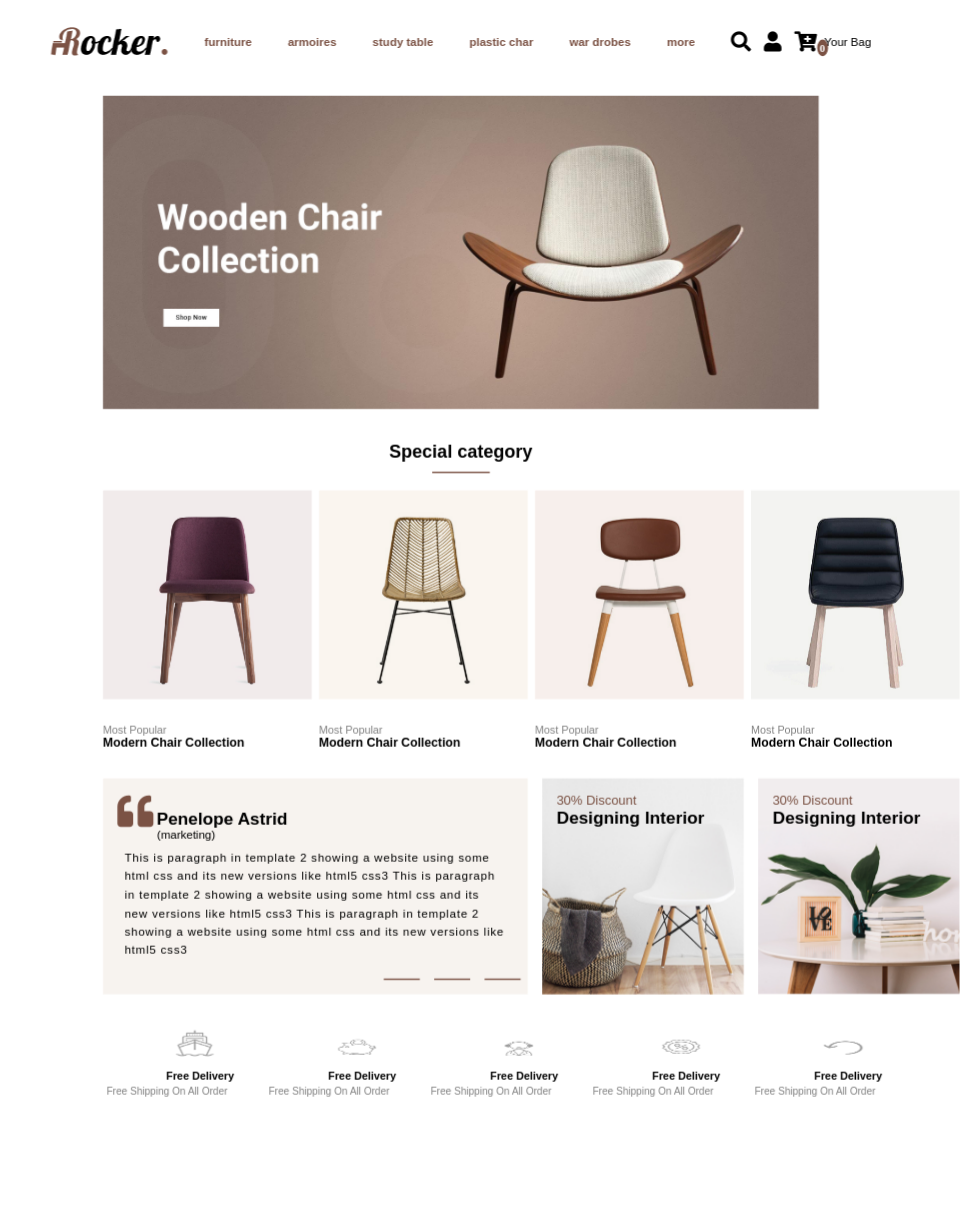
Repository: Ahmed123rezk123/p2-template
Page: index.html
An editor plug-in stored every save of this project. The page is shown before and after a run of saves, followed by the edit.
The browser window is 1280 px wide. The page is 1333 px wide, so the pictures cover 1333 px, including what lies to the right of the window. The pictures show the whole page, at 72% of full size.

Above is the page before, as saved 2024-01-24 22:47:51.

### index.html
<!DOCTYPE html>
<html lang="en">
<head>
   <meta charset="UTF-8">
    <title>Project2</title>
  <link rel="stylesheet" href="css/style.css">
  <link rel="stylesheet" href="css/all.css">
</head>
<body>
    <!-- Header -->
    <header>
        <div class="container">
        <div class="logo">
            <a href="#"><img src="images/logo.png" alt="LOGO"></a>
        </div>
        <nav>
            <ul>
                <li><a href="#" class="active">furniture</a></li>
                <li><a href="#">armoires</a></li>
                <li><a href="#">study table</a></li>
                <li><a href="#">plastic char</a></li>
                <li><a href="#">war drobes</a></li>
                <li><a href="#">more</a></li>
            </ul>
            <div class="icons">
            <i class="fas fa-search"></i>
            <i class="fas fa-user"></i>
            <i class="fas fa-cart-plus i3"></i>
            </div>
        <span>Your Bag</span>
        </nav>
        </div>
    </header>
    <!-- Start Section 1 -->
    <section class="section1">
        <div class="container">
            <img src="images/main-banner-1-1600x700.jpg" alt="">
        </div>
    </section>
    <!-- End Section 1 -->
    <!-- Start Section 2 -->
    <section class="section2">
        <div class="container">
            <div class="div">
            <h2 class="specail">Special category</h2>
            <div class="line"></div>
            </div>
           <div class="parent1">
            <div class="div1">
                <img src="images/category-banner1.jpg" alt="">
                <p>Most Popular</p>
            <h3>Modern Chair Collection</h3>
            </div>
            <div class="div2">
                <img src="images/category-banner2.jpg" alt="">
                <p>Most Popular</p>
                <h3>Modern Chair Collection</h3></div>
            <div class="div3">
                <img src="images/category-banner3.jpg" alt="">
                <p>Most Popular</p>
                <h3>Modern Chair Collection</h3>
            </div>
            <div class="div4">
                <img src="images/category-banner4.jpg" alt="">
                <p>Most Popular</p>
                <h3>Modern Chair Collection</h3>
            </div>
            <div class="div5">
                <i class="fas fa-quote-left comma"></i>
                <h2>Penelope Astrid</h2>
                <span>(marketing)</span>
                <p>This is paragraph in template 2 showing a website using some html css and its new versions like html5 css3 This is paragraph in template 2 showing a website using some html css and its new versions like html5 css3 This is paragraph in template 2 showing a website using some html css and its new versions like html5 css3</p>
                <div class="child"></div>
            </div>
            <div class="div6"></div>
            <div class="div7">
                <p>30% Discount</p>
                <h2>Designing Interior</h2>
            </div>
            <div class="div8">
                <p>30% Discount</p>
                <h2>Designing Interior</h2>
            </div>
            <div class="parent2">
                <div class="div1-1">
                    <img src="images/icon1-1.png" alt="">
                    <div class="content-div1">
                    <h3>Free Delivery</h3>
                    <span>Free Shipping On All Order</span>
                </div>
                </div>
                <div class="div2-1">
                    <img src="images/icon2-1.png" alt="">
                    <div class="content-div2">
                        <h3>Free Delivery</h3>
                        <span>Free Shipping On All Order</span>
                    </div>
                </div>
                <div class="div3-1">
                    <img src="images/icon3-1.png" alt="">
                    <div class="content-div3">
                        <h3>Free Delivery</h3>
                        <span>Free Shipping On All Order</span>
                    </div>
                </div>
                <div class="div4-1">
                    <img src="images/icon4-1.png" alt="">
                    <div class="content-div4">
                        <h3>Free Delivery</h3>
                        <span>Free Shipping On All Order</span>
                    </div>
                </div>
                <div class="div5-1">
                    <img src="images/icon5-1.png" alt="">
                    <div class="content-div5">
                        <h3>Free Delivery</h3>
                        <span>Free Shipping On All Order</span>
                    </div>
                </div>
            </div>
           </div>
        </div>
    </section>
    <!-- End Section 2 -->
</body>
</html>

### css/style.css
/* Start variables */
:root {
    --maincolor: #7b5244;
    --subcolor: #333;
}
/* End variables */
/* Start Global Rules   */
* {
    -webkit-box-sizing: border-box;
    -moz-box-sizing: border-box;
    box-sizing: border-box;
   padding: 0;
   margin: 0;
}
body {
    font-family: Arial, Helvetica, sans-serif;
    perspective: 700px;
    transform-style: preserve-3d;
}
html {
    scroll-behavior: smooth;
}
ul {
    list-style: none;
}
.container {
    width: 80%;
    padding-left: 15px;
    padding-right: 15px;
    margin-left: auto;
    margin-right: auto;
}

/* Small */

@media(min-width: 768px) {
    .container {
       width: 750px;
    }
}

/* Medium */

@media(min-width: 992px) {
    .container {
        width: 970px;
    }
}

/* Large  */

@media(min-width: 1200px) {
    .container {
        width: 1170px;
    }
}
/* End Global Rules   */
/* Start Header */
header .container {
    display: flex;
    justify-content: space-between;
    align-items: center;
    position: relative;
    min-height: 97px;
 }
 header nav {
    flex: 1;
    display: flex;
    align-items: center;
    justify-content: flex-end;
}
 header nav ul {
    display: flex;

}
header nav ul li a {

    display: block;
    color: var(--maincolor);
    text-decoration: none;
    font-size: 16px;
    font-weight: bold;
    padding: 50px 0px;
    margin-right: 50px;
}

/* header nav ul li a:hover::before{
content: "";
position: absolute;
border-left: 2px solid var(--maincolor);
border-right: 2px solid var(--maincolor);
width: 60px;
height: 35px;

}  */
header nav .icons {
    font-weight: bold;
    font-size: 28px;
   word-spacing: 10px;
   margin-right: 10px;
}
header nav .icons .i3::after {
    position: absolute;
    content: "0";
    background-color: #7b5244;
    color: #fff;
    padding: 4px;
    border-radius: 50%;
    font-size: 15px;
    bottom: 40px;
    right: 75px;

}
/* End Header */


/* Start section 1 */
.section1 .container {
    width: 80%;
    position: relative;
    margin-top: 15px;
    margin-bottom: 40px;
    margin-left: auto;
    margin-right: auto;

}
.section1 .container img{
 width: 100%;
}
/* End section 1 */


/* Start Section 2 */
.section2 .container {
    width: 80%;
    position: relative;
}
.section2 .container .div {
    margin: 40px auto;
}
.section2 .container .specail {
    text-align: center;
    font-size: 25px;
}
.section2 .container .line {
 position: relative;
}
.section2 .container .line::before {
    content: "";
    position: absolute;
    width: 8%;
    height: 2px;
    background-color: var(--maincolor);
    top: 50%;
    left: 50%;
    transform: translate(-50%,-50%);
    margin: 15px 0;
    transition: .5s;
}
.section2 .container .div:hover  .line::before {
    content: "";
    position: absolute;
    width: 13%;
    height: 2px;
    background-color: var(--maincolor);
    top: 50%;
    left: 50%;
    transform: translate(-50%,-50%);
    margin: 15px 0;
}
.section2 .container .parent1 {
    width: 80%;
    display: grid;
    grid-template-columns: 200px 200px 200px 200px;
    grid-template-rows: 250px 250px;
   grid-gap: 150px 100px;
}
.section2 .container .parent1 img {
    width: 290px ;
    height: 290px;
    margin-bottom: 30px;
}
.section2 .container .parent1 p {
    color: gray;
    font-size: 15px;
}
.section2 .container .parent1 h3 {
    font-size: 17px;
}
.section2 .container .parent1 .div1,
.section2 .container .parent1 .div2,
.section2 .container .parent1 .div3,
.section2 .container .parent1 .div4 {
    position: relative;
}
.section2 .container .parent1 .div1:hover::before {
position: absolute;
content: " > ";
width: 30px;
height: 30px;
background-color: brown;
color: white;
text-align: center;
font-size: 25px;
top: 330px;
left: 260px;
}
.section2 .container .parent1 .div2:hover::before {
    position: absolute;
    content: " > ";
    width: 30px;
    height: 30px;
    background-color: brown;
    color: white;
    text-align: center;
    font-size: 25px;
    top: 330px;
    left: 260px;
}
.section2 .container .parent1 .div3:hover::before {
    position: absolute;
    content: " > ";
    width: 30px;
    height: 30px;
    background-color: brown;
    color: white;
    text-align: center;
    font-size: 25px;
    top: 330px;
    left: 260px;
    }
.section2 .container .parent1 .div4:hover::before {
    position: absolute;
    content: " > ";
    width: 30px;
    height: 30px;
    background-color: brown;
    color: white;
    text-align: center;
    font-size: 25px;
    top: 330px;
    left: 260px;
    }
    .section2 .container .parent1 .div5 {
        width: 590px;
        height: 300px;
        position: relative;
        background-color: #f7f3ef;
        padding: 20px;
        grid-column: 1 / 3;
        grid-row: 2 / 3;
    }
    .section2 .container .parent1 .div5 .comma {
       font-size: 50px;
       color: var(--maincolor);
    }
    .section2 .container .parent1 .div5 h2 {
        display: inline-flex;
    }
    .section2 .container .parent1 .div5 span {
        display: block;
        margin-left: 55px;
    }
    .section2 .container .parent1 .div5 p {
        margin: 10px;
        color: black;
        font-size: 16px;
        line-height: 1.6;
        letter-spacing: 1.1px;
    }
    .section2 .container .parent1 .div5::before {
        content: "";
        position: absolute;
        width: 50px;
        height: 2px;
        background-color: var(--maincolor);
        bottom: 20px;
        right: 10px;

    }
    .section2 .container .parent1 .div5::after {
        content: "";
        position: absolute;
        width: 50px;
        height: 2px;
        background-color: var(--maincolor);
        bottom: 20px;
        right: 80px;

    }
    .section2 .container .parent1 .div5 .child::before {
        content: "";
        position: absolute;
        width: 50px;
        height: 2px;
        background-color: var(--maincolor);
        bottom: 20px;
        right: 150px;

    }
    .section2 .container .parent1 .div7 {
        width: 280px;
        height: 300px;
        position: relative;
        background-image: url(../images/cms-banner-1.jpg);
        background-size: cover;
        margin-left: 10px;
        grid-column: 3 / 4;
        grid-row: 2 / 4;
        transition: .5s;
    }

    .section2 .container .parent1 .div8 {
        width: 280px;
        height: 300px;
        position: relative;
        background-image: url(../images/cms-banner-2.jpg);
        background-size: cover;
        margin-left: 10px;
        grid-column: 4 / 5;
        grid-row: 2 / 5;
        transition: .5s;
    }
    .section2 .container .parent1 .div7 p,
    .section2 .container .parent1 .div8 p {
        padding-left: 20px;
        padding-top: 20px;
        font-size: 18px;
        color: var(--maincolor);
    }
    .section2 .container .parent1 .div7 h2,
    .section2 .container .parent1 .div8 h2 {
        padding-left: 20px;
    }
    .section2 .container .parent1 .div7:hover,
    .section2 .container .parent1 .div8:hover
    {
        /* width: 280px;
        height: 300px; */
        transform: scale( 1.1 , 1.1 );
    }
    .section2 .container .parent1 .parent2 {
        position: relative;
        display: flex;
        justify-content: space-between;
        margin-top: -50px;
        margin-left: -200px;
    }

    .section2 .container .parent1 .parent2 .div1-1,
    .section2 .container .parent1 .parent2 .div2-1,
    .section2 .container .parent1 .parent2 .div3-1,
    .section2 .container .parent1 .parent2 .div4-1,
    .section2 .container .parent1 .parent2 .div5-1 {
        margin-right: 140px;
     }
    .section2 .container .parent1 .parent2 .div1-1 .content-div1 ,
    .section2 .container .parent1 .parent2 .div2-1 .content-div2 ,
    .section2 .container .parent1 .parent2 .div3-1 .content-div3 ,
    .section2 .container .parent1 .parent2 .div4-1 .content-div4 ,
    .section2 .container .parent1 .parent2 .div5-1 .content-div5   {
        width: 100px;
         margin-top: -30px;
         margin-left: -15px;

    }

    .section2 .container .parent1 .parent2 .div1-1 h3,
    .section2 .container .parent1 .parent2 .div2-1 h3,
    .section2 .container .parent1 .parent2 .div3-1 h3,
    .section2 .container .parent1 .parent2 .div4-1 h3,
    .section2 .container .parent1 .parent2 .div5-1 h3 {
        font-size: 15px;
        text-align: center;
        margin-bottom: 5px;
    }
    .section2 .container .parent1 .parent2 .div1-1 span ,
    .section2 .container .parent1 .parent2 .div2-1 span ,
    .section2 .container .parent1 .parent2 .div3-1 span  ,
    .section2 .container .parent1 .parent2 .div4-1 span ,
    .section2 .container .parent1 .parent2 .div5-1 span  {
        margin-left: -80px;
        text-align: center;
        color: gray;
        font-size: 14px;
    }
    .section2 .container .parent1 .parent2 img {


        width: 55px;
        height: 50px;
    }

/* End Section 2 */

Loaded but not shown: css/all.css (library)

After the next 2 saves:
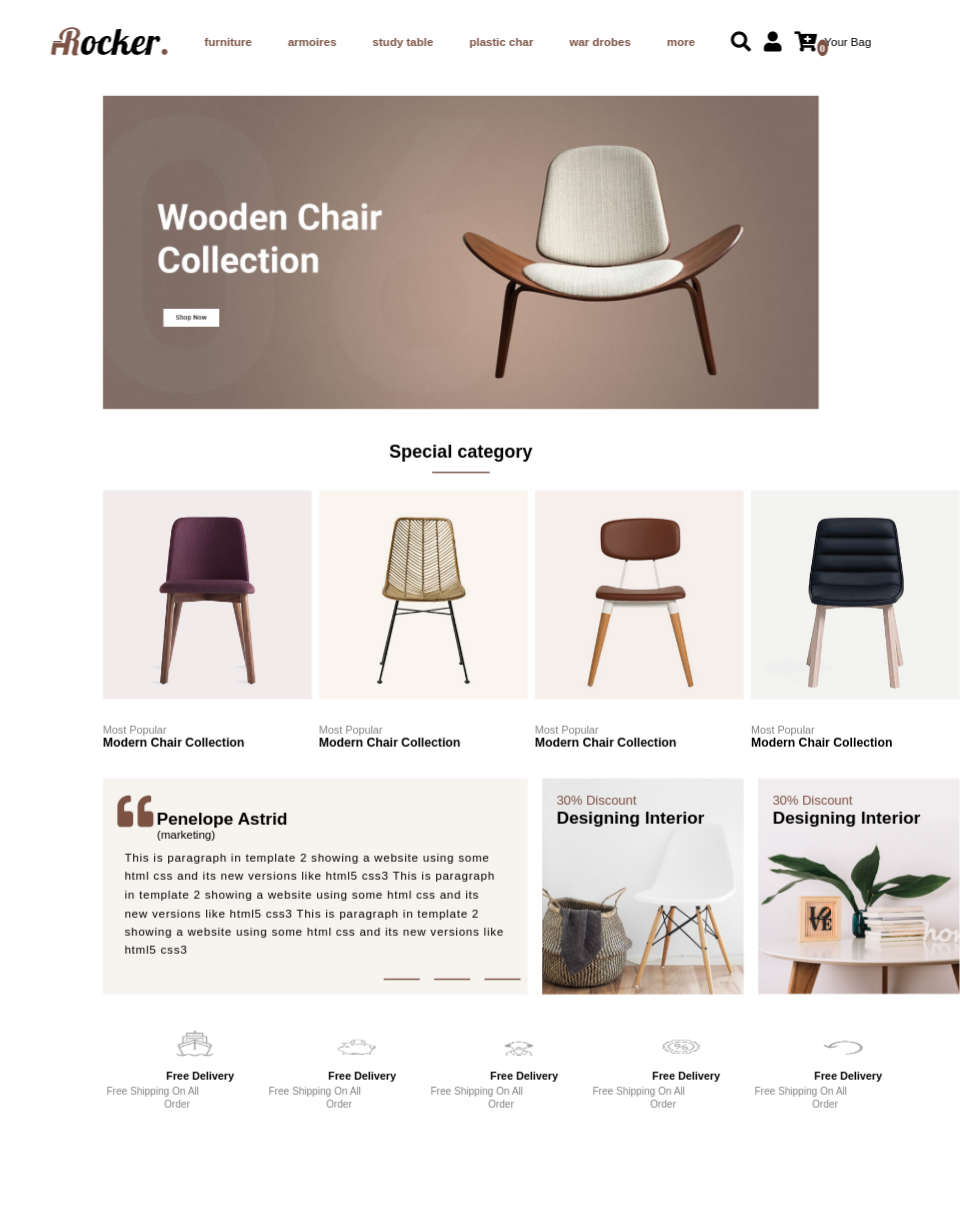
The 2 saves are shown as one change because they came seconds apart.
The last was saved 63 s later.
--- a/css/style.css
+++ b/css/style.css
@@ -380,7 +380,7 @@
     .section2 .container .parent1 .parent2 .div4-1 span ,
     .section2 .container .parent1 .parent2 .div5-1 span  {
         margin-left: -80px;
-        text-align: center;
+         margin-right: 20px;
         color: gray;
         font-size: 14px;
     }

After the 2 saves that followed:
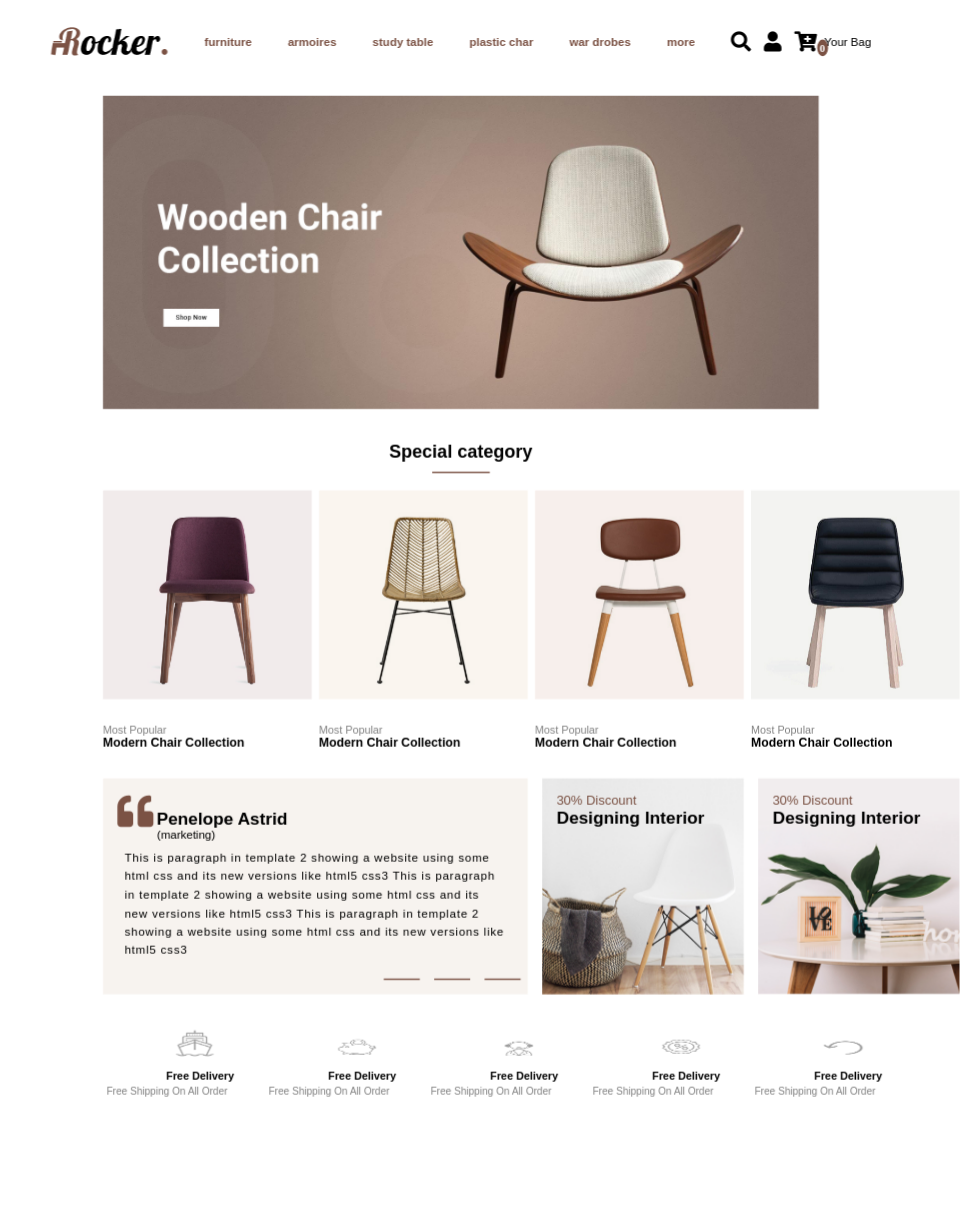
The 2 saves are shown as one change because 1 left the picture as it was.
The last was saved 19 s later.
--- a/css/style.css
+++ b/css/style.css
@@ -380,7 +380,7 @@
     .section2 .container .parent1 .parent2 .div4-1 span ,
     .section2 .container .parent1 .parent2 .div5-1 span  {
         margin-left: -80px;
-         margin-right: 20px;
+         margin-right: -80px;
         color: gray;
         font-size: 14px;
     }
